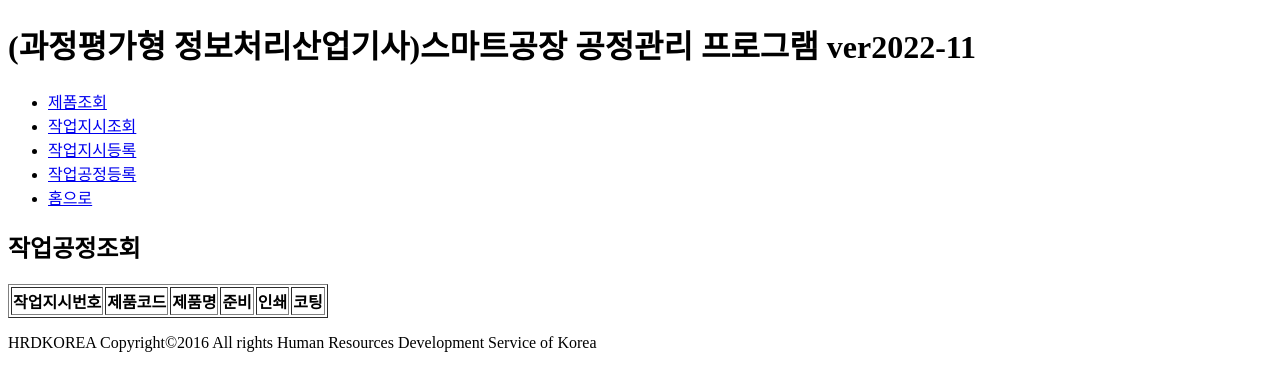
Repository: anakyn01/exam
Page: http://localhost/smart_5/sub4.jsp
These files come from the project's save history. The page is drawn as it stood at one moment and after the next save; the edit follows.
The browser window is 1280 px wide. The pictures show the whole page.
The page is served by Tomcat 9. Other server files are loaded and not shown.

Above is the page before, as saved 2025-01-06 07:16:17.

### smart_5/src/main/webapp/sub4.jsp
<%@ page language="java" contentType="text/html; charset=UTF-8"
    pageEncoding="UTF-8"%>
<jsp:include page="include/header.jsp"/>

<section>
<h2>작업공정조회</h2>
<table border=1>
<tr>
<th>작업지시번호</th>
<th>제품코드</th>
<th>제품명</th>
<th>준비</th>
<th>인쇄</th>
<th>코팅</th>
</tr>
</table>
</section>

<jsp:include page="include/footer.jsp"/>

### smart_5/src/main/webapp/include/header.jsp
<%@ page language="java" contentType="text/html; charset=UTF-8"
    pageEncoding="UTF-8"%>
<!DOCTYPE html>
<html>
<head>
<meta charset="UTF-8">
<title>스마트 공정관리 프로그램</title>
<link rel="stylesheet" href="css/style.css"/>
</head>
<body>
<header>
<h1>(과정평가형 정보처리산업기사)스마트공장 공정관리 프로그램 ver2022-11</h1>
</header>
<nav>
<ul>
<li><a href="sub1.jsp">제폼조회</a></li>
<li><a href="sub2.jsp">작업지시조회</a></li>
<li><a href="sub3.jsp">작업지시등록</a></li>
<li><a href="sub4.jsp">작업공정등록</a></li>
<li><a href="index.jsp">홈으로</a></li>
</ul>
</nav>

### smart_5/src/main/webapp/include/footer.jsp
<%@ page language="java" contentType="text/html; charset=UTF-8"
    pageEncoding="UTF-8"%>
<footer>
<p>HRDKOREA Copyright&copy;2016 All rights Human Resources Development Service of Korea</p>
</footer>
</body>
</html>

Loaded but not shown: smart_5/src/main/webapp/css/style.css (common file)

After the next save:
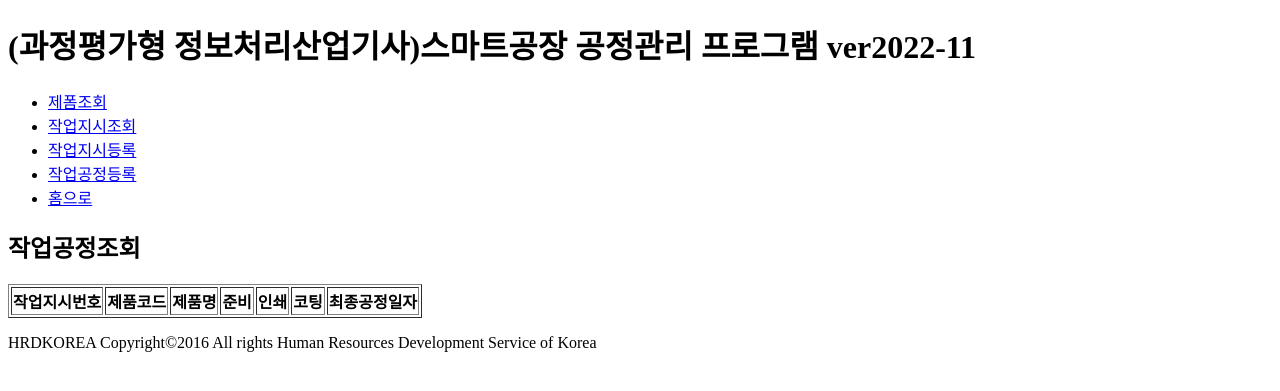
Saved 11 s later.
--- a/smart_5/src/main/webapp/sub4.jsp
+++ b/smart_5/src/main/webapp/sub4.jsp
@@ -12,6 +12,7 @@
 <th>준비</th>
 <th>인쇄</th>
 <th>코팅</th>
+<th>최종공정일자</th>
 </tr>
 </table>
 </section>
